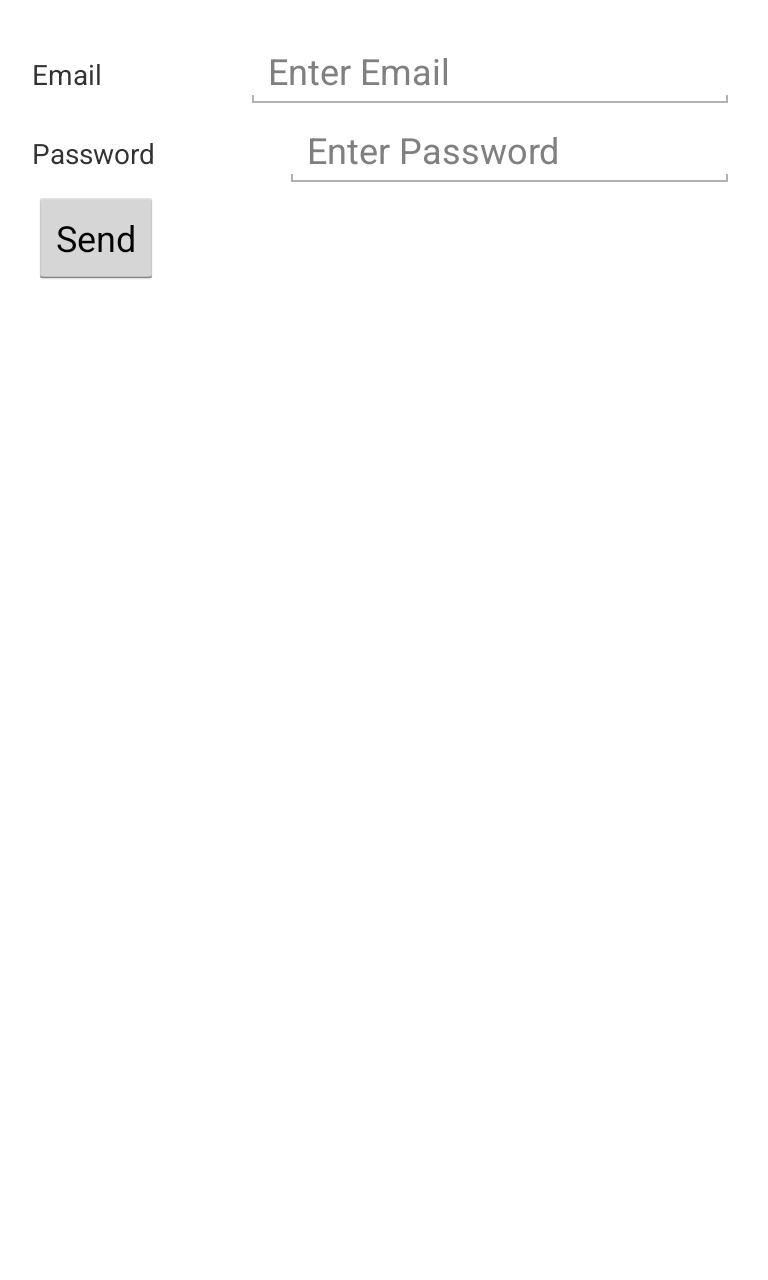
Repository: akhilnambiar/CS186_warmup1
Layout: frontend copy/LoginCounter/res/layout/activity_main.xml
An editor plug-in stored every save of this project. The layout is shown before and after the next save, followed by the edit.
It is drawn on a 768 x 1280 px phone screen (xhdpi) without system bars, with theme AppTheme; the app's code is not run.

Above is the layout before, as saved 2014-02-19 05:42:05.

After the next save:
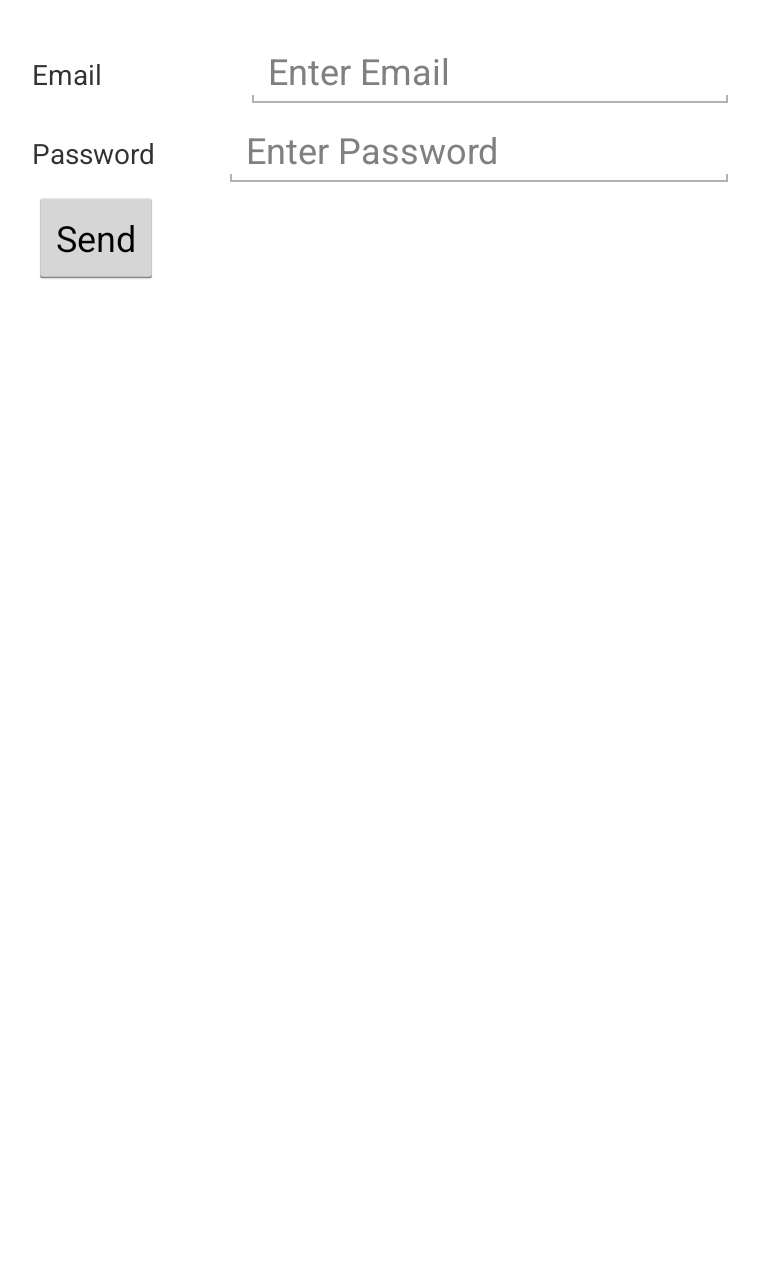
Saved 4 s later.
--- a/frontend copy/LoginCounter/res/layout/activity_main.xml
+++ b/frontend copy/LoginCounter/res/layout/activity_main.xml
@@ -31,7 +31,7 @@
        android:layout_width="50dp"
        android:layout_height="wrap_content"
        android:text="@string/pass_tag"
-       android:layout_weight="7" />
+       android:layout_weight="3" />
     <EditText android:id="@+id/pass_message"
         android:layout_width="wrap_content"
         android:layout_height="wrap_content"
